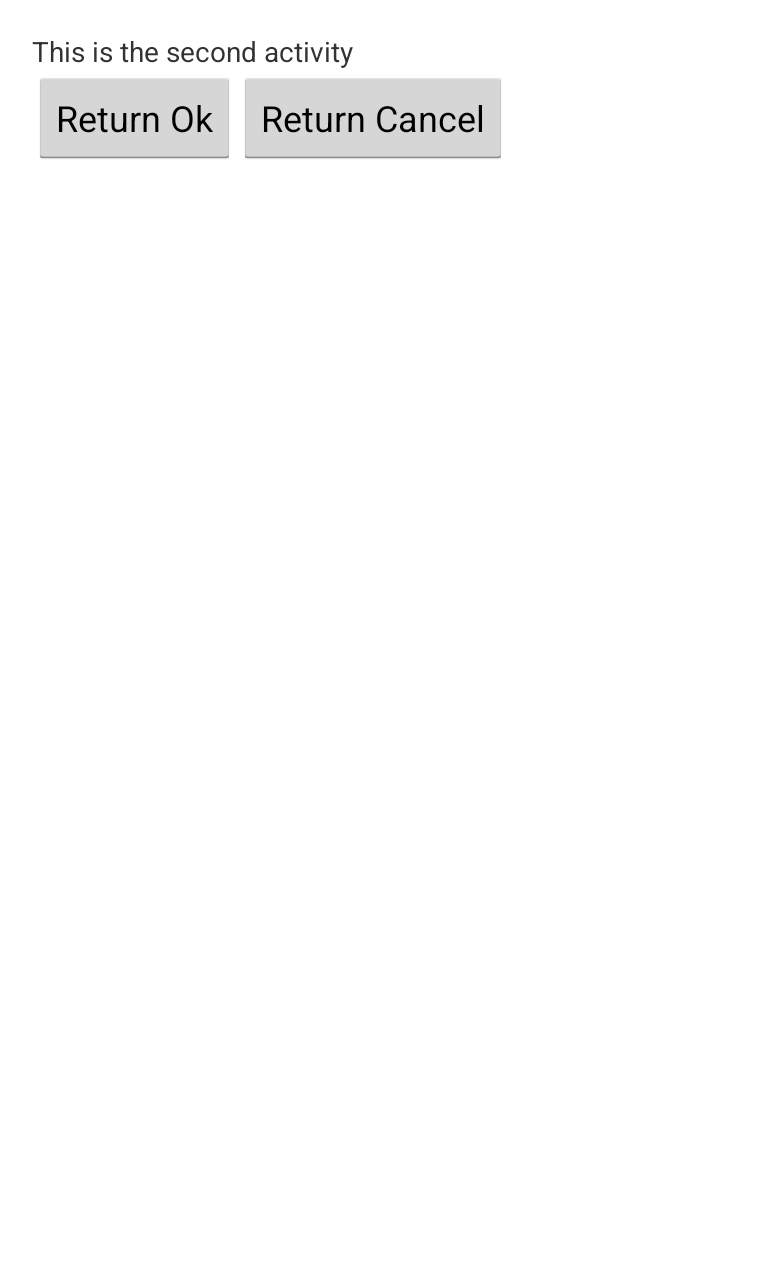
Repository: ericMedeiros93/Android-Dev
Layout: week5_intnet/res/layout/activity_third.xml
The author's editor kept a copy of each file at every save. The layout is drawn from the files as they stood at one save, then again after the next save.
It is drawn on a 768 x 1280 px phone screen (xhdpi) without system bars, with theme AppTheme; the app's code is not run.

Above is the layout before, as saved 2014-10-01 16:14:37.

After the next save:
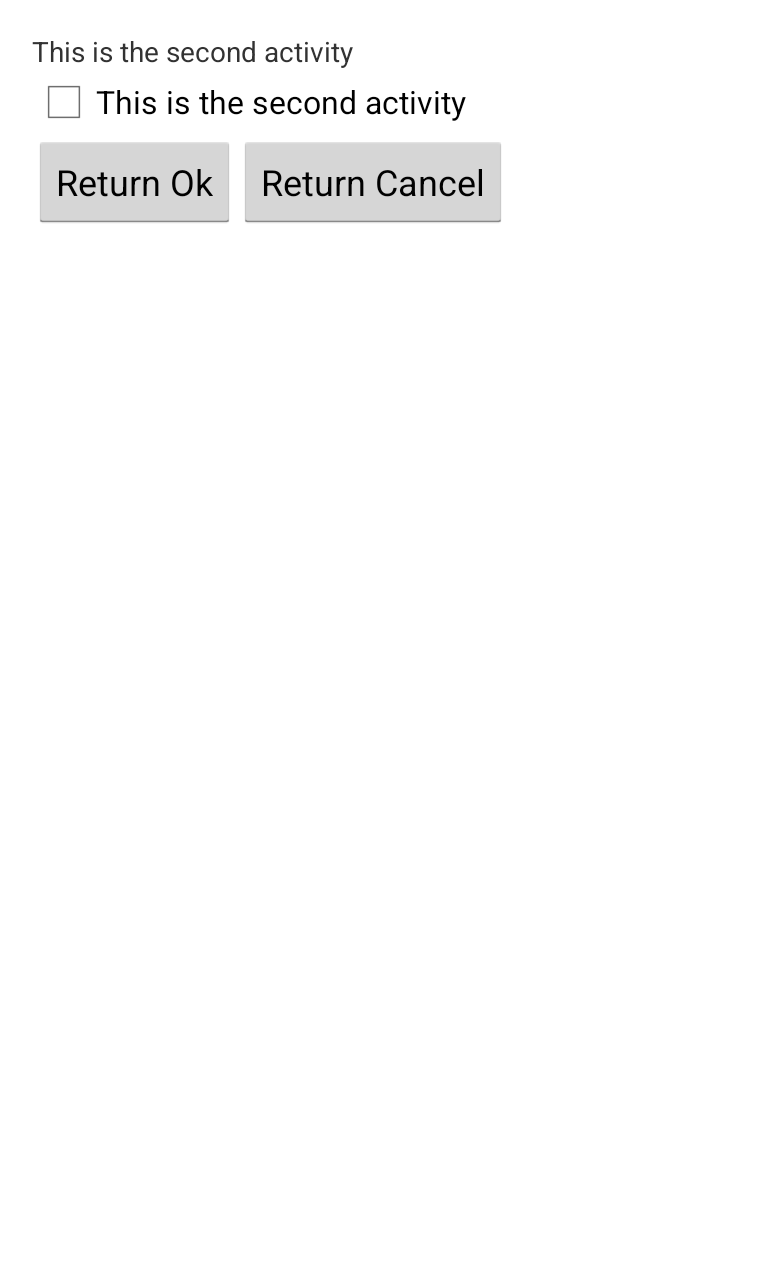
Saved 25 s later.
--- a/week5_intnet/res/layout/activity_third.xml
+++ b/week5_intnet/res/layout/activity_third.xml
@@ -14,11 +14,19 @@
         android:layout_width="wrap_content"
         android:layout_height="wrap_content"
         android:text="This is the second activity"/>
+
+    <CheckBox
+        android:id="@+id/txtSecondActivity"
+        android:layout_width="wrap_content"
+        android:layout_height="wrap_content"
+        android:text="This is the second activity"/>
+        />
     <LinearLayout
 
         android:layout_width="wrap_content"
         android:layout_height="wrap_content"
         >
+
      <Button
         android:id="@+id/btnReturn"
         android:layout_width="wrap_content"
